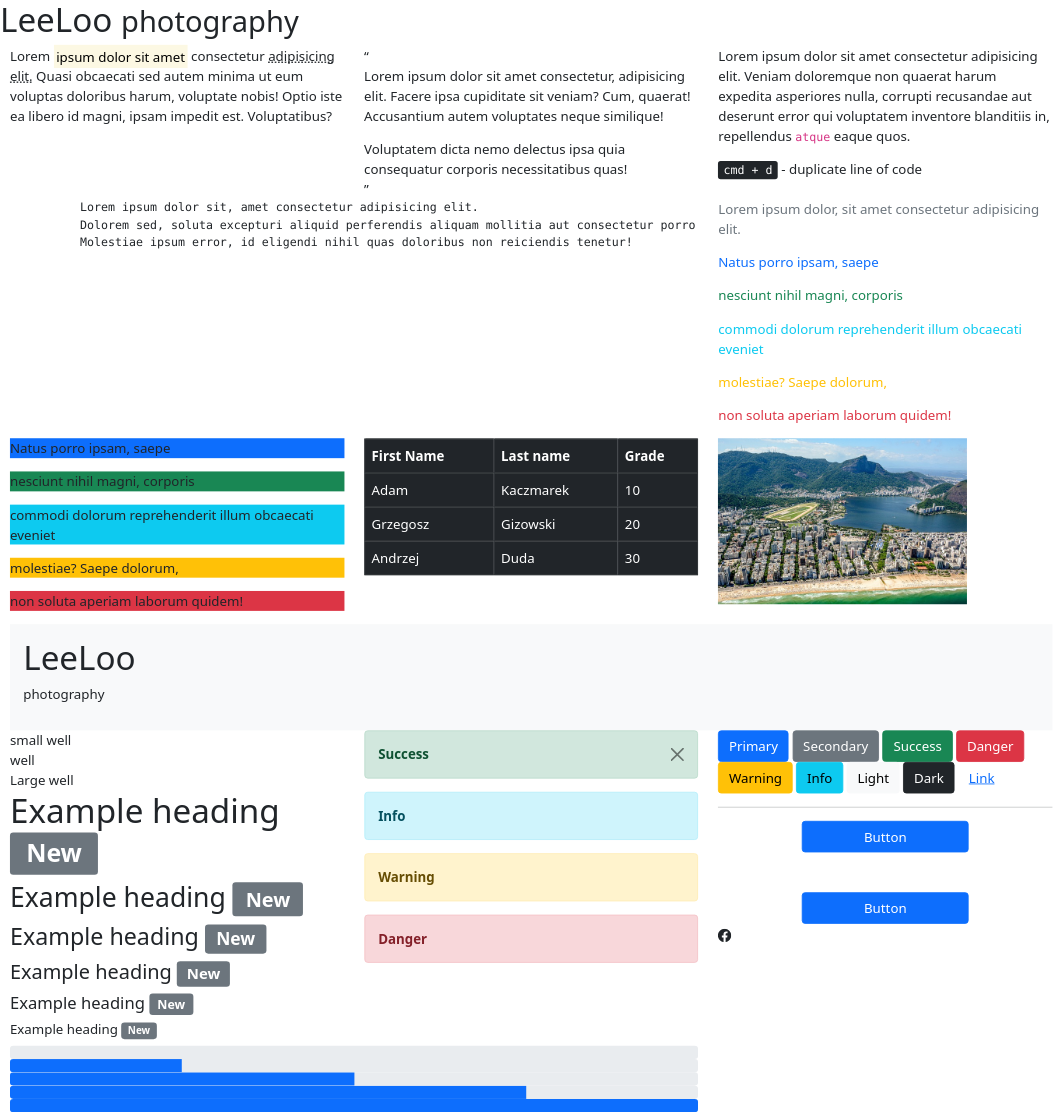
Repository: Zyzik-33/bootstrap-test
Page: index.html
These files come from the project's save history. The page is drawn as it stood at one moment and after the next save; the edit follows.
The browser window is 1280 px wide. The pictures show the whole page, at 83% of full size.

Above is the page before, as saved 2021-01-27 22:15:23.

### index.html
<!DOCTYPE html>
<html lang="en">
<head>
  <title>LeeLoo</title>
  <meta charset="UTF-8">
  <meta name="viewport" content="width=device-width, initial-scale=1.0">
  <link href="https://cdn.jsdelivr.net/npm/bootstrap@5.0.0-beta1/dist/css/bootstrap.min.css" rel="stylesheet" integrity="sha384-giJF6kkoqNQ00vy+HMDP7azOuL0xtbfIcaT9wjKHr8RbDVddVHyTfAAsrekwKmP1" crossorigin="anonymous">
  <script src="https://ajax.googleapis.com/ajax/libs/jquery/3.5.1/jquery.min.js"></script>
  <script src="https://cdn.jsdelivr.net/npm/bootstrap@5.0.0-beta1/dist/js/bootstrap.bundle.min.js" integrity="sha384-ygbV9kiqUc6oa4msXn9868pTtWMgiQaeYH7/t7LECLbyPA2x65Kgf80OJFdroafW" crossorigin="anonymous"></script>
</head>
<body>
  <h1>LeeLoo <small>photography</small> </h1>
  <div class="container-fluid">

    <div class="row">
      <div class="col-lg-4">Lorem <mark>ipsum dolor sit amet</mark> consectetur <abbr title="Explanation">adipisicing elit.</abbr> Quasi obcaecati sed autem minima ut eum voluptas doloribus harum, voluptate nobis! Optio iste ea libero id magni, ipsam impedit est. Voluptatibus?</div>
      <div class="col-lg-4">
        <q cite="http://developer.mozilla.org">
          <p>
            Lorem ipsum dolor sit amet consectetur, adipisicing elit. Facere ipsa cupiditate sit veniam? Cum, quaerat!
             Accusantium autem voluptates neque similique!
          </p>
          <footer>
            Voluptatem dicta nemo delectus ipsa quia consequatur corporis necessitatibus quas!
          </footer>
        </q>
      </div>
      <div class="col-lg-4">
        <blockquote class="blockquote-reverse">
          <p>
            Lorem ipsum dolor sit amet consectetur adipisicing elit.
            Veniam doloremque non quaerat harum expedita asperiores nulla,
            corrupti recusandae aut deserunt error qui voluptatem inventore
            blanditiis in, repellendus <code>atque</code> eaque quos.
          </p>
          <footer><kbd>cmd + d</kbd> - duplicate line of code</footer>
        </blockquote>
      </div>
    </div>
    <div class="row">
      <div class="col-lg-8">
        <pre>
          Lorem ipsum dolor sit, amet consectetur adipisicing elit.
          Dolorem sed, soluta excepturi aliquid perferendis aliquam mollitia aut consectetur porro.
          Molestiae ipsum error, id eligendi nihil quas doloribus non reiciendis tenetur!
        </pre>
      </div>
      <div class="col-lg-4">
       <p class="text-muted"> Lorem ipsum dolor, sit amet consectetur adipisicing elit.</p>
       <p class="text-primary">Natus porro ipsam, saepe</p>
       <p class="text-success">nesciunt nihil magni, corporis</p>
       <p class="text-info">commodi dolorum reprehenderit illum obcaecati eveniet</p>
       <p class="text-warning">molestiae? Saepe dolorum,</p>
       <p class="text-danger">non soluta aperiam laborum quidem!</p>
      </div>
    </div>
    <div class="row">
      <div class="col-lg-4">
       <p class="bg-primary">Natus porro ipsam, saepe</p>
       <p class="bg-success">nesciunt nihil magni, corporis</p>
       <p class="bg-info">commodi dolorum reprehenderit illum obcaecati eveniet</p>
       <p class="bg-warning">molestiae? Saepe dolorum,</p>
       <p class="bg-danger">non soluta aperiam laborum quidem!</p>
      </div>
      <div class="col-lg-4">
        <table class="table table-hover table-dark table-bordered">
          <!-- table-striped, table-bordered, table-hover, table-dark -->
          <thead>
            <tr>
              <th scope="col">First Name</th>
              <th scope="col">Last name</th>
              <th scope="col">Grade</th>
            </tr>
          </thead>
          <tbody>
            <tr>
              <td scope="row">Adam</td>
              <td>Kaczmarek</td>
              <td>10</td>
            </tr>
            <tr>
              <td scope="row">Grzegosz</td>
              <td>Gizowski</td>
              <td>20</td>
            </tr>
            <tr>
              <td scope="row">Andrzej</td>
              <td>Duda</td>
              <td>30</td>
            </tr>
          </tbody>
        </table>
      </div>
      <div class="col-lg-4">
        <img src="./assets/images/brazil-4809010_640.jpg" width="300" alt="brazil">
      </div>
    </div>
    <div class="row">
      <div class="col-lg-12">
        <div class="bg-light p-3">
          <h1>LeeLoo</h1>
          <p>photography</p>
        </div>
      </div>
    </div>
    <div class="row">
      <div class="col-lg-4">
        <div class="well well-sm">small well</div>
        <div class="well">well</div>
        <div class="well well-lg">Large well</div>
        <h1>Example heading <span class="badge bg-secondary">New</span></h1>
        <h2>Example heading <span class="badge bg-secondary">New</span></h2>
        <h3>Example heading <span class="badge bg-secondary">New</span></h3>
        <h4>Example heading <span class="badge bg-secondary">New</span></h4>
        <h5>Example heading <span class="badge bg-secondary">New</span></h5>
        <h6>Example heading <span class="badge bg-secondary">New</span></h6>
      </div>
      <div class="col-lg-4">
        <div class="alert alert-success alert-dismissible fade show" role="alert">
          <strong>Success</strong>
          <!-- <a href="#" class="close" data-dismiss="alert">&times;</a> -->
          <button type="button" class="btn-close" data-bs-dismiss="alert" aria-label="Close"></button>
        </div>
        <div class="alert alert-info">
          <strong>Info</strong>
        </div>
        <div class="alert alert-warning">
          <strong>Warning</strong>
        </div>
        <div class="alert alert-danger">
          <strong>Danger</strong>
        </div>
      </div>
      <div class="col-lg-4">
        <button type="button" class="btn btn-primary">Primary</button>
        <button type="button" class="btn btn-secondary">Secondary</button>
        <button type="button" class="btn btn-success">Success</button>
        <button type="button" class="btn btn-danger">Danger</button>
        <button type="button" class="btn btn-warning">Warning</button>
        <button type="button" class="btn btn-info">Info</button>
        <button type="button" class="btn btn-light">Light</button>
        <button type="button" class="btn btn-dark">Dark</button>
        <button type="button" class="btn btn-link">Link</button>
        <hr>
        <div class="d-grid gap-5 col-6 mx-auto">
          <button class="btn btn-primary" type="button">Button</button>
          <button class="btn btn-primary" type="button">Button</button>
        </div>
        <svg xmlns="http://www.w3.org/2000/svg" width="16" height="16" fill="currentColor" class="bi bi-facebook" viewBox="0 0 16 16">
          <path d="M16 8.049c0-4.446-3.582-8.05-8-8.05C3.58 0-.002 3.603-.002 8.05c0 4.017 2.926 7.347 6.75 7.951v-5.625h-2.03V8.05H6.75V6.275c0-2.017 1.195-3.131 3.022-3.131.876 0 1.791.157 1.791.157v1.98h-1.009c-.993 0-1.303.621-1.303 1.258v1.51h2.218l-.354 2.326H9.25V16c3.824-.604 6.75-3.934 6.75-7.951z"/>
        </svg>
        <i class="bi bi-braces"></i>
      </div>
    </div>
    <div class="row">
      <div class="col-lg-8">
        <div class="progress">
          <div class="progress-bar m-3" role="progressbar" aria-valuenow="0" aria-valuemin="0" aria-valuemax="100"></div>
        </div>
        <div class="progress">
          <div class="progress-bar" role="progressbar" style="width: 25%" aria-valuenow="25" aria-valuemin="0" aria-valuemax="100"></div>
        </div>
        <div class="progress">
          <div class="progress-bar" role="progressbar" style="width: 50%" aria-valuenow="50" aria-valuemin="0" aria-valuemax="100"></div>
        </div>
        <div class="progress">
          <div class="progress-bar" role="progressbar" style="width: 75%" aria-valuenow="75" aria-valuemin="0" aria-valuemax="100"></div>
        </div>
        <div class="progress">
          <div class="progress-bar" role="progressbar" style="width: 100%" aria-valuenow="100" aria-valuemin="0" aria-valuemax="100"></div>
        </div>
      </div>
      <div class="col-lg-2"></div>
    </div>
  </div>
</body>
</html>

After the next save:
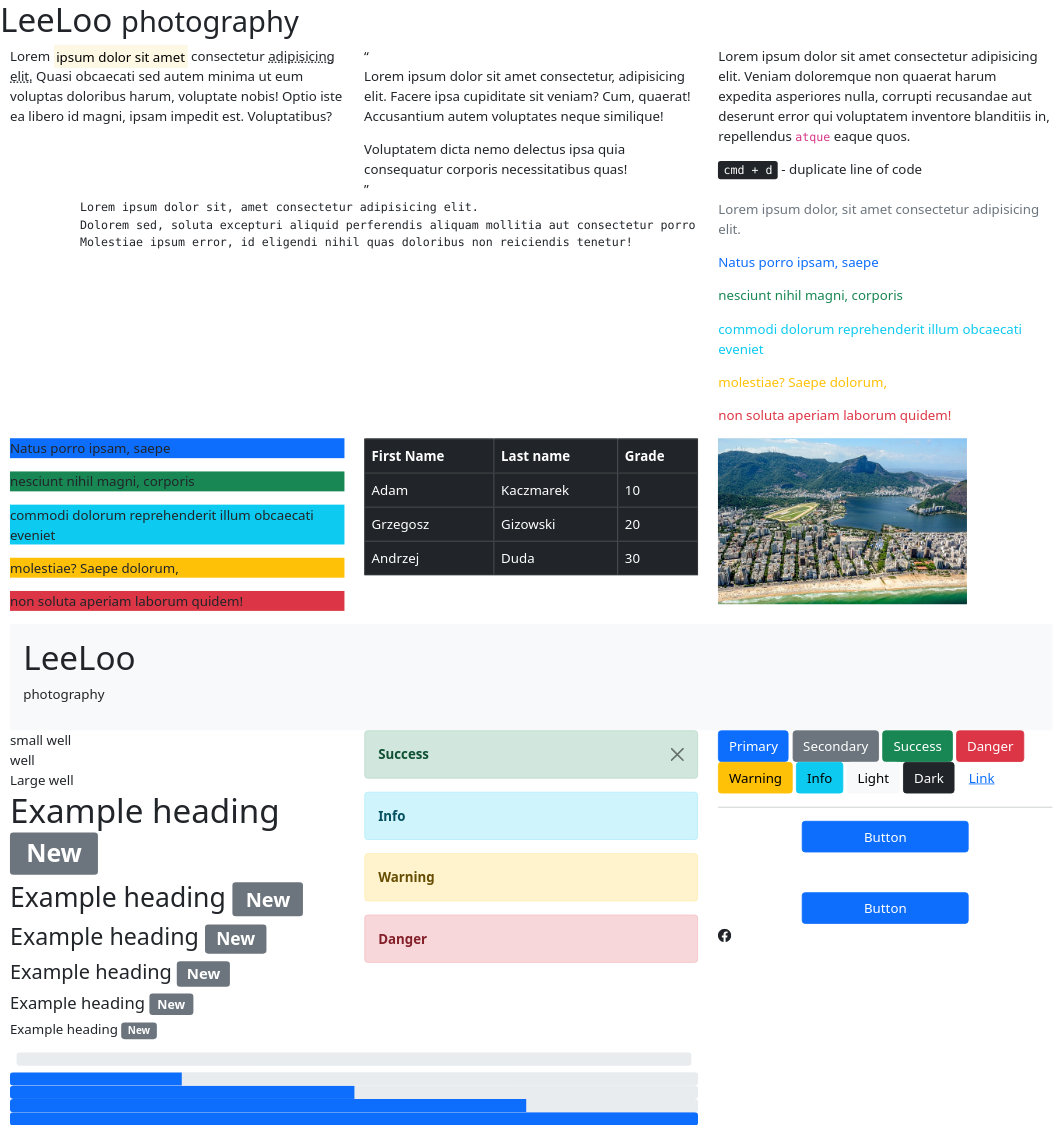
Saved 24 s later.
--- a/index.html
+++ b/index.html
@@ -154,8 +154,8 @@
     </div>
     <div class="row">
       <div class="col-lg-8">
-        <div class="progress">
-          <div class="progress-bar m-3" role="progressbar" aria-valuenow="0" aria-valuemin="0" aria-valuemax="100"></div>
+        <div class="progress m-2">
+          <div class="progress-bar" role="progressbar" aria-valuenow="0" aria-valuemin="0" aria-valuemax="100"></div>
         </div>
         <div class="progress">
           <div class="progress-bar" role="progressbar" style="width: 25%" aria-valuenow="25" aria-valuemin="0" aria-valuemax="100"></div>

After the save that followed:
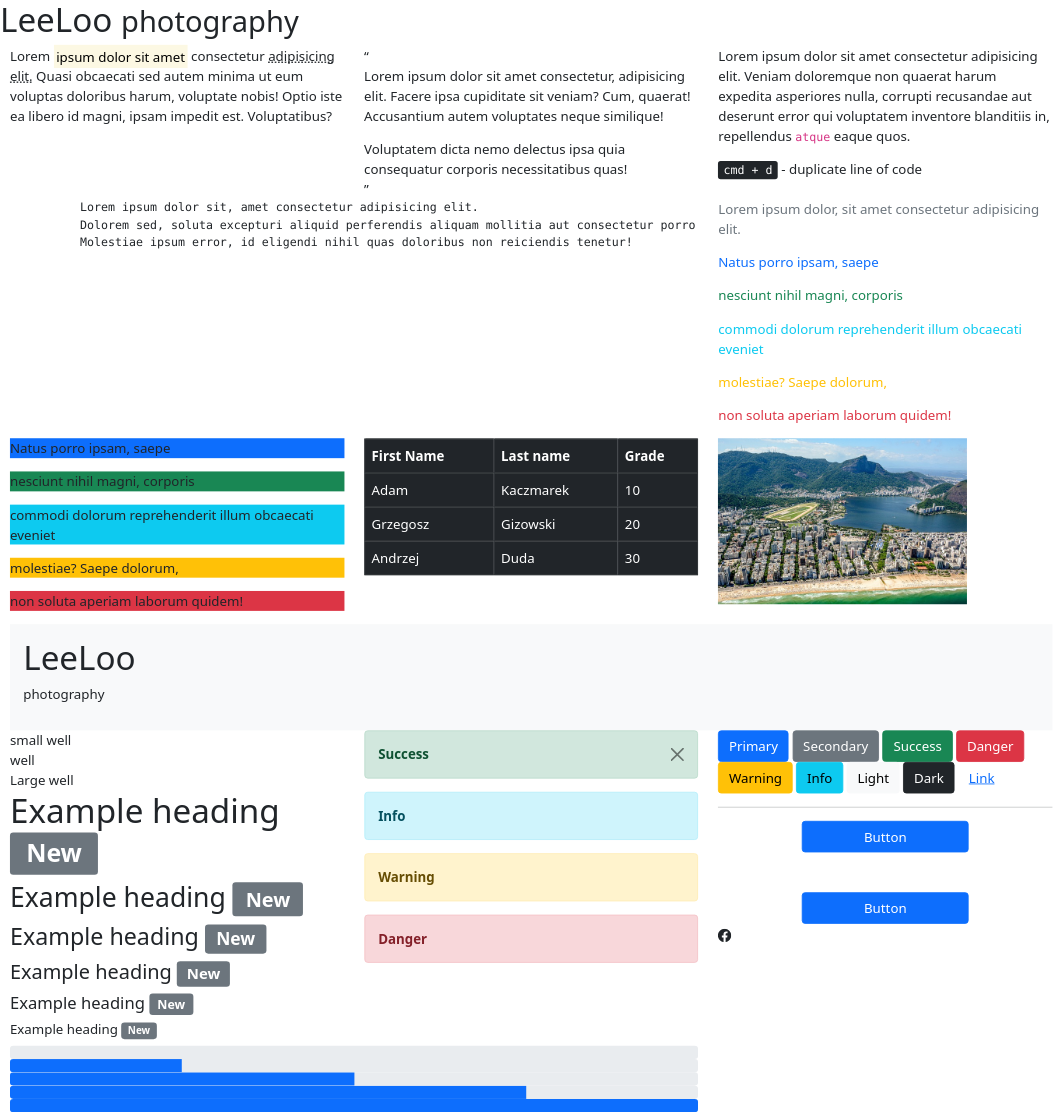
Saved 12 s later.
--- a/index.html
+++ b/index.html
@@ -154,7 +154,7 @@
     </div>
     <div class="row">
       <div class="col-lg-8">
-        <div class="progress m-2">
+        <div class="progress m-b-3">
           <div class="progress-bar" role="progressbar" aria-valuenow="0" aria-valuemin="0" aria-valuemax="100"></div>
         </div>
         <div class="progress">
